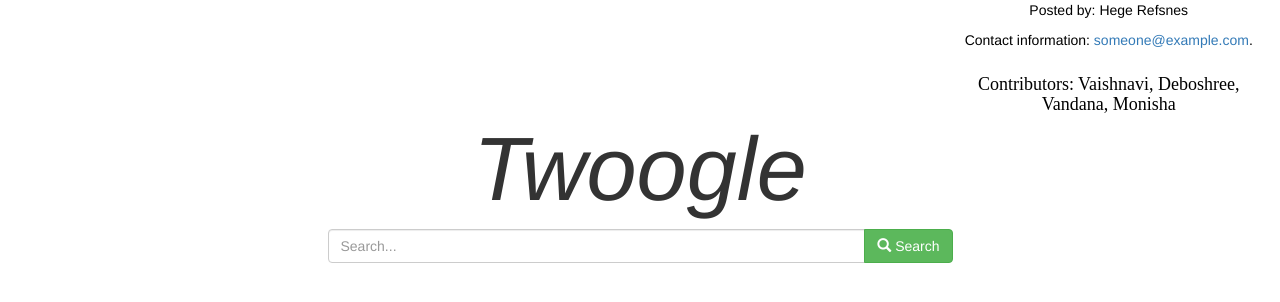
Repository: deboshre/IR-Search-Engine
Page: index.html
The author's editor kept a record of every edit. The page is drawn from the files as they stood at one moment, then again after the next edit.
The browser window is 1280 px wide. The pictures show the whole page.

Above is the page before.

After the next edit:
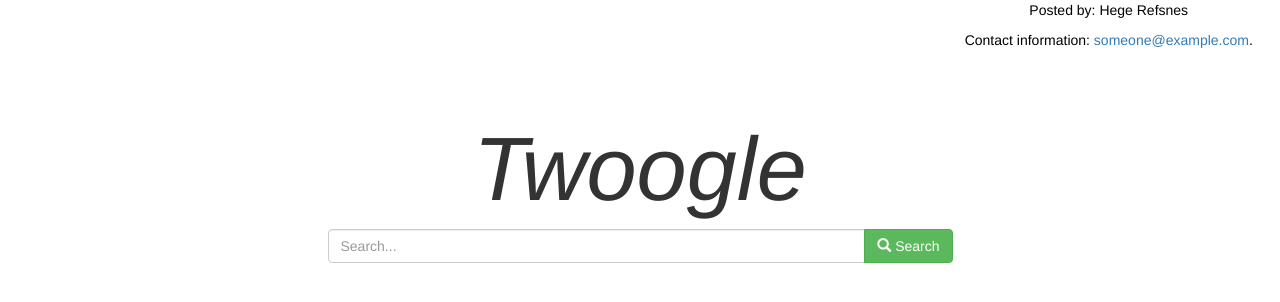
The edit:
--- a/index.html
+++ b/index.html
@@ -37,7 +37,7 @@
   <p>Contact information: <a href="mailto:someone@example.com">someone@example.com</a>.</p>
 </footer>
         <div id="footer">
-    		<h4>Contributors: Vaishnavi, Deboshree, Vandana, Monisha </h4>
+
     	</div>
     </div>
 </body>
